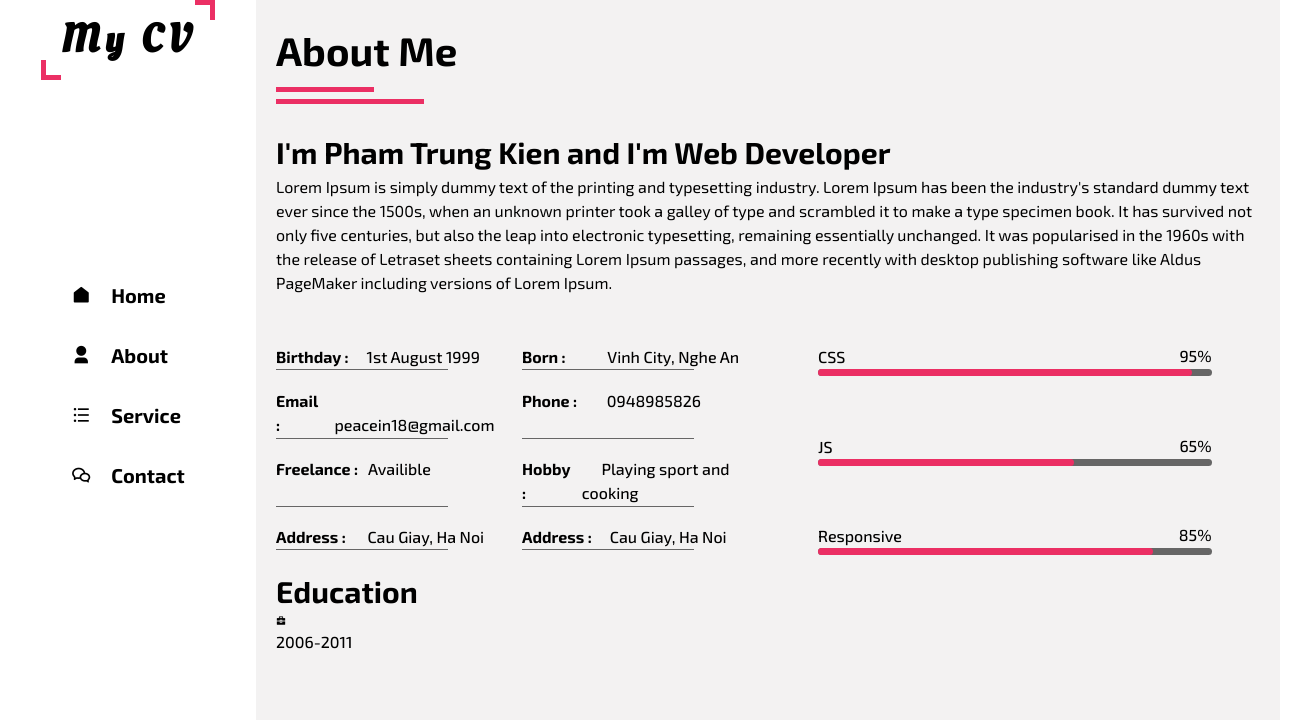
Repository: kien181999/First-Project
Page: index.html
These files come from the project's save history. The page is drawn as it stood at one moment and after the next save; the edit follows.
The browser window is 1280 px wide. The page is 1310 px wide, so the pictures cover 1310 px, including what lies to the right of the window. The pictures show the whole page.
The style sheet was rebuilt from its Sass, Less or Tailwind sources for each picture, by a compiler version that may differ from the author's.

Above is the page before, as saved 2022-06-02 16:19:04.

After the next save:
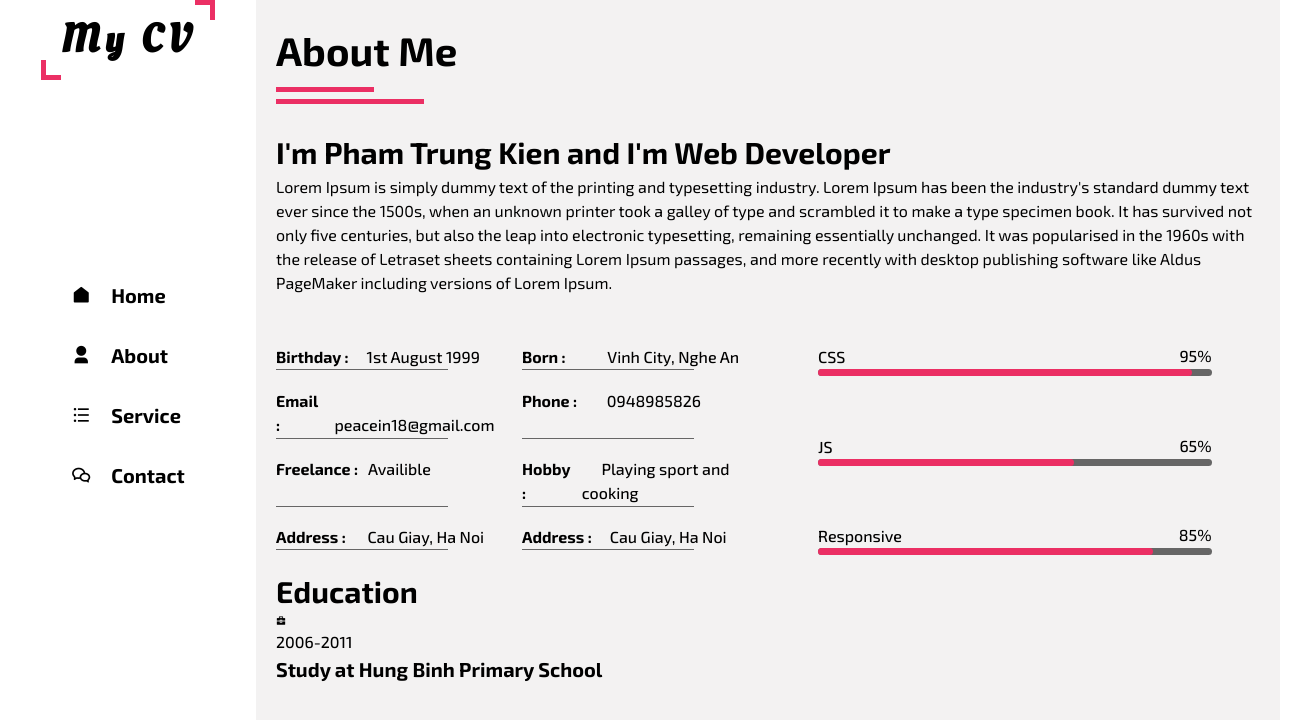
Saved 13 s later.
--- a/index.html
+++ b/index.html
@@ -156,7 +156,7 @@
                                 <h4 class="heading-4">2006-2011</h4>
                             </div>
                             <div class="about-education-name">
-                                <h3 class="heading-3"></h3>
+                                <h3 class="heading-3">Study at Hung Binh Primary School</h3>
                             </div>
                         </div>
                     </div>
